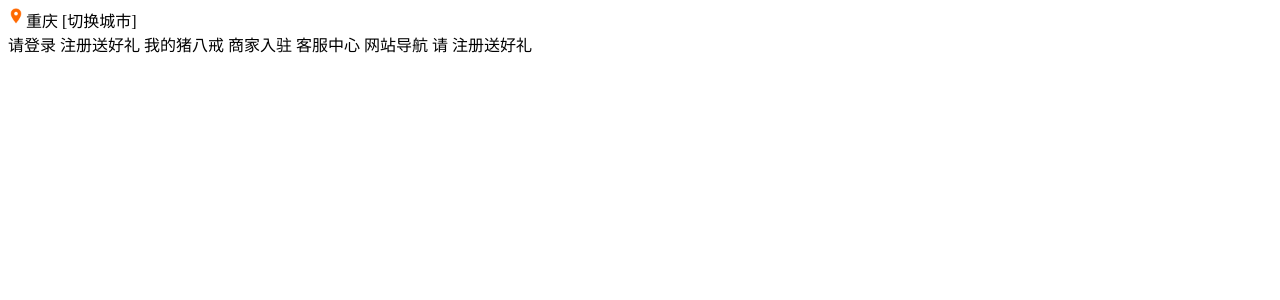
Repository: 13982720426/zbj
Page: HTML/index.html
The author's editor kept a copy of each file at every save. The page is drawn from the files as they stood at one save, then again after the next save.
The browser window is 1280 px wide. The pictures show the whole page.

Above is the page before, as saved 2021-07-15 12:53:14.

After the next save:
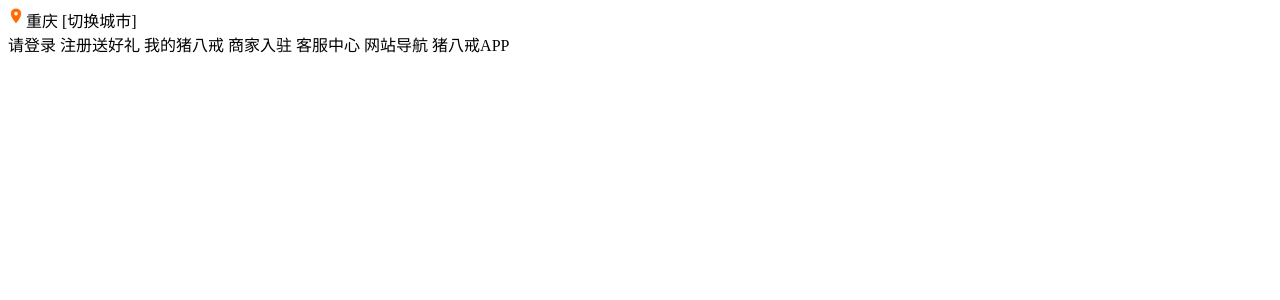
Saved 19 s later.
--- a/HTML/index.html
+++ b/HTML/index.html
@@ -23,8 +23,7 @@
         <span class="tr4">商家入驻</span>
         <span class="tr5">客服中心</span>
         <span class="tr6">网站导航</span>
-        <span class="tr7">请</span>
-        <span class="tr8">注册送好礼</span>
+        <span class="tr7">猪八戒APP</span>
       </div>
     </div>
   </body>
